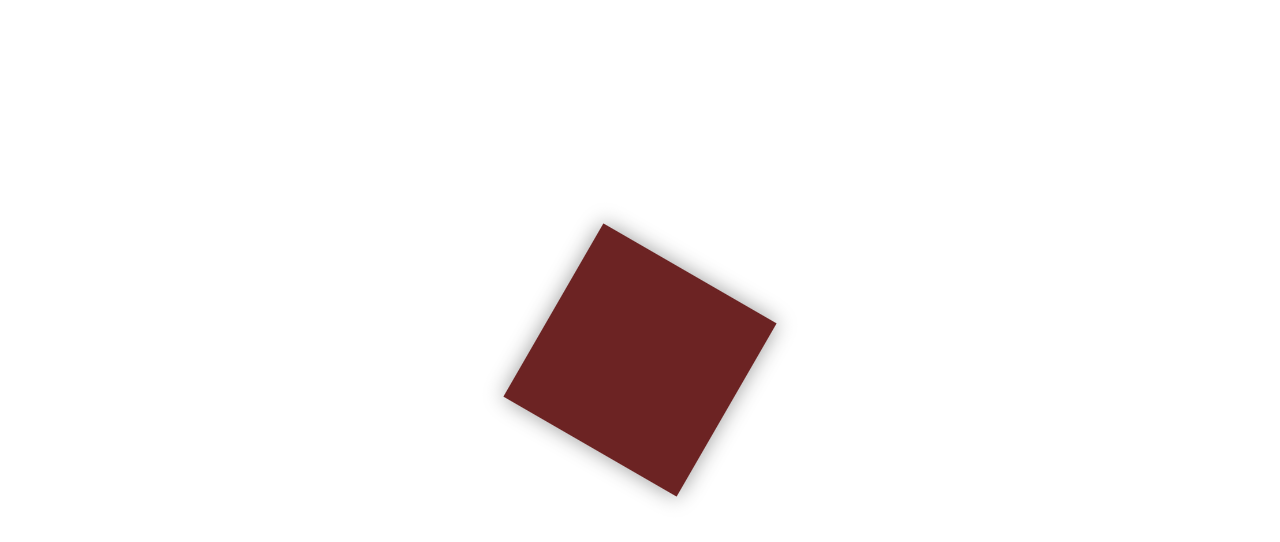
Repository: randgars/game
Page: index.html
These files come from the project's save history. The page is drawn as it stood at one moment and after the next save; the edit follows.
The browser window is 1280 px wide. The pictures show the whole page.

Above is the page before, as saved 2017-09-29 10:17:10.

### index.html
<!DOCTYPE html>
<html lang="en">
<head>
    <meta charset="UTF-8">
    <meta name="viewport" content="width=device-width, initial-scale=1.0">
    <meta http-equiv="X-UA-Compatible" content="ie=edge">
    <title>Document</title>
    <link rel="stylesheet" href="./style.css">
</head>
<body>
    <div class="square"></div>
</body>
</html>

### style.css
body {
    padding: 0;
    margin: 0;
    display: flex;
    justify-content: center;
    align-items: center;
    height: 100vh;
}
.square {
    height: 200px;
    width: 200px;
    background-color: rgba(35, 35, 35, 1);
    box-shadow: 0 0 20px rgba(0, 0, 0, .4);
    animation-name: spin;
    animation-duration: 3s;
    animation-iteration-count: infinite;
    animation-timing-function: linear;
    animation-delay: 1s;
}

@keyframes spin {
    from {
        transform: rotate(0deg);
    }
    25% {
        background-color: rgba(35, 35, 35, 1);
    }
    50% {
        background-color: rgba(255, 35, 35, 1);
    }
    75% {
        background-color: rgba(255, 255, 35, 1);
    }
    to {
        transform: rotate(360deg);
    }
}

After the next save:
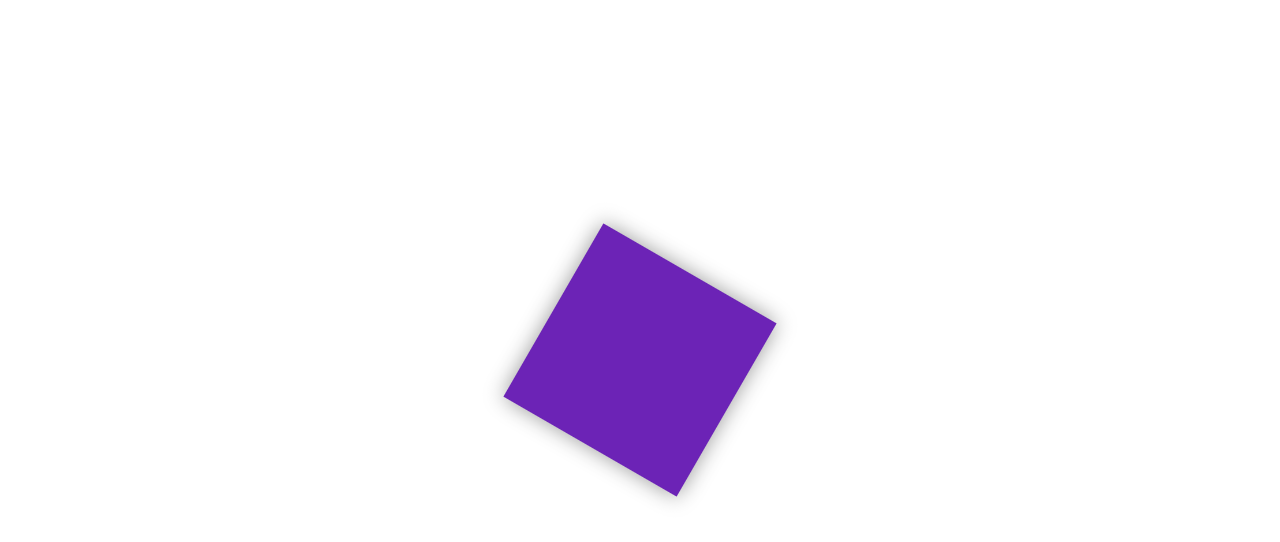
Saved 39 s later.
--- a/style.css
+++ b/style.css
@@ -23,7 +23,7 @@ body {
         transform: rotate(0deg);
     }
     25% {
-        background-color: rgba(35, 35, 35, 1);
+        background-color: rgba(35, 35, 255, 1);
     }
     50% {
         background-color: rgba(255, 35, 35, 1);
